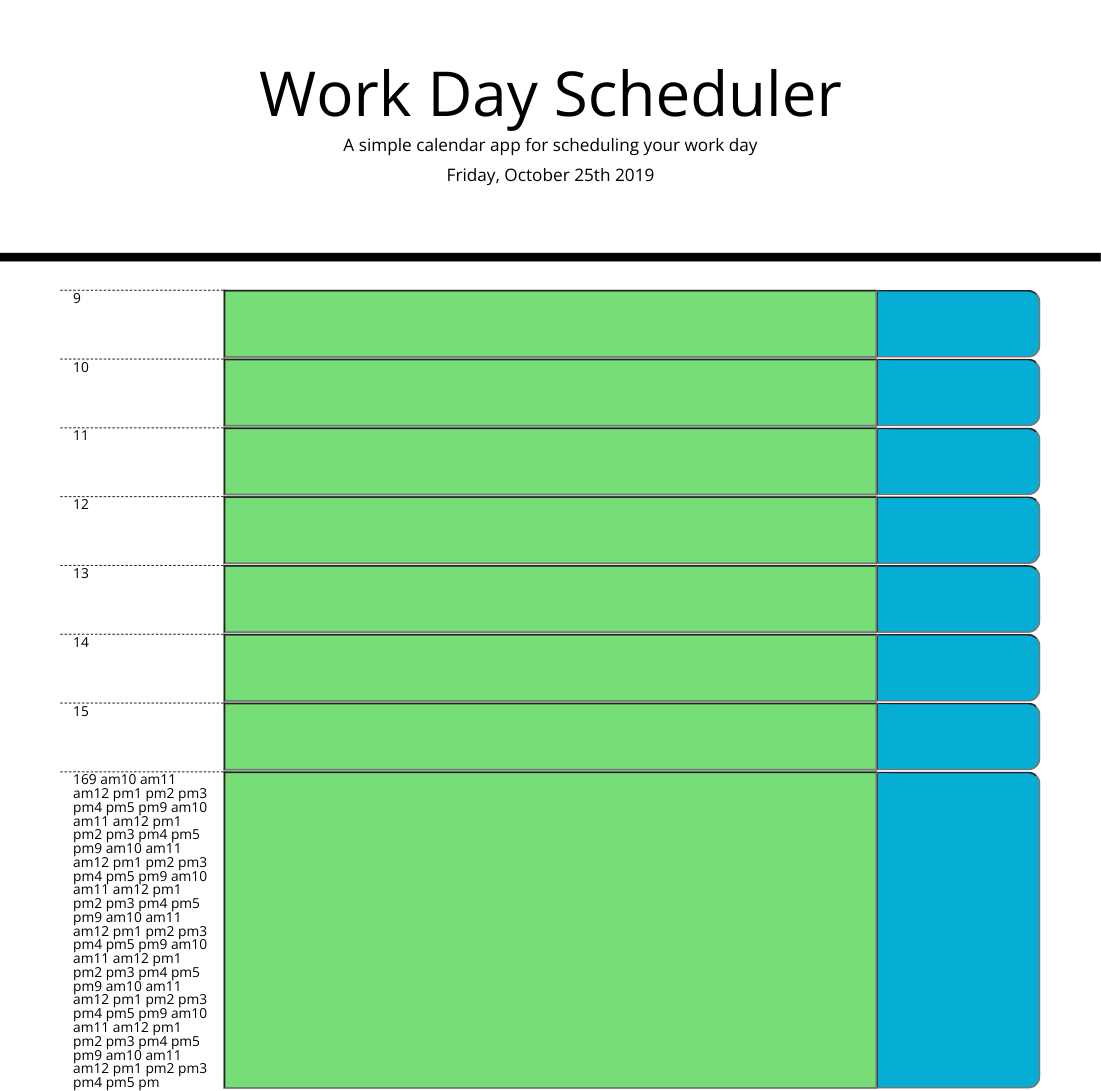
Repository: s88leigh/Day-Planner
Page: Develop/index.html
An editor plug-in stored every save of this project. The page is shown before and after the next save, followed by the edit.
The browser window is 1280 px wide. The pictures show the whole page, at 86% of full size.
Some web libraries are served in a nearby version.

Above is the page before, as saved 2019-10-26 09:44:55.

### Develop/index.html
<!DOCTYPE html>
<html lang="en">
  <head>
    <meta charset="UTF-8" />
    <meta name="viewport" content="width=device-width, initial-scale=1.0" />
    <meta http-equiv="X-UA-Compatible" content="ie=edge" />
    <link
      rel="stylesheet"
      href="https://stackpath.bootstrapcdn.com/bootstrap/4.3.1/css/bootstrap.min.css"
    />
    <link
      rel="stylesheet"
      href="https://use.fontawesome.com/releases/v5.8.1/css/all.css"
      integrity="sha384-50oBUHEmvpQ+1lW4y57PTFmhCaXp0ML5d60M1M7uH2+nqUivzIebhndOJK28anvf"
      crossorigin="anonymous"
    />
    <link
      href="https://fonts.googleapis.com/css?family=Open+Sans&display=swap"
      rel="stylesheet"
    />
    <link rel="stylesheet" href="style.css" />
    <title>Work Day Scheduler</title>
  </head>

  <body>
    <script src="lib\moment\moment.min.js"></script>

    <header class="jumbotron">
      <h1 class="display-3">Work Day Scheduler</h1>
      <p class="lead">A simple calendar app for scheduling your work day</p>
      <p id="currentDay" class="lead">8:00</p>
    </header>
    <div class="container">
      <!-- Timeblocks go here -->

   </div>



    <script>
      const curDay = document.querySelector(".currentDay");

      function updateTime(){
        const now = moment();
        const date = now.format("dddd, MMMM Do YYYY");

        currentDay.textContent = date;
      }
      setInterval (updateTime , 1000)
      updateTime();


    </script>


    <script src="https://code.jquery.com/jquery-3.4.1.min.js"></script>
    <script src="https://cdnjs.cloudflare.com/ajax/libs/moment.js/2.24.0/moment.min.js"></script>
    <script src="script.js"></script>
    </body>
</html>

### Develop/style.css
body {
  font-family: 'Open Sans', sans-serif;
  font-size: 16px;
  line-height: 1;
}

textarea{
  background: transparent;
  border: none;
  resize: none;
  color: #000000;
  border-left: 1px solid black;
  padding: 10px;
}

.jumbotron {
  text-align: center;
  background-color: transparent;
  color: black;
  border-radius: 0;
  border-bottom: 10px solid black;
}

.description{
  white-space: pre-wrap;
}

.time-block{
  text-align: center;
  border-radius: 15px;
}

.row {
  white-space: pre-wrap;
  height: 80px;
  border-top: 1px solid white;;
}

.hour {
  background-color: #ffffff;
  color: #000000;
  border-top: 1px dashed #000000;
}

.past {
  background-color: #d3d3d3;
  color: white;
}

.present {
  background-color: #ff6961;
  color: white;
}

.future {
  background-color: #77dd77;
  color: white;
}

.saveBtn {
  border-left: 1px solid black;
  border-top-right-radius: 15px;
  border-bottom-right-radius: 15px;
  background-color: #06AED5;
  color: white;
}

.saveBtn i:hover {
  font-size: 20px;
  transition: all .3s ease-in-out;
}

### Develop/script.js
var startTime = 9;
var endTime = 17
timeSlots = $(".container");

for(i = startTime; i < endTime; i++) {
    newHour = $("<div>");
    newHour.addClass("row");

    hour = $("<div>");
    hour.addClass("col-2 hour");
    hour.text(i);

    dailyTask = $("<input>");
    dailyTask.addClass("col-8");
    dailyTask.addClass("future");

    saveButton = $("<input>");
    saveButton.addClass("col-2 saveBtn");
    saveButton.addClass("saveBtn i:hover");

    newHour.append(hour, dailyTask, saveButton);
    timeSlots.append(newHour);
 }
 var hourArray = [
    "9 am",
    "10 am",
    "11 am",
    "12 pm",
    "1 pm",
    "2 pm",
    "3 pm",
    "4 pm",
    "5 pm"
 ]
 for (var i=0; i < hourArray.length; i++) {

hour.append(hourArray);
    //  console.log(hourArray)
 }

var saveButton = $(".saveBtn");
var dailyTask = $("input");

$(".saveBtn").on("click", function(){

  console.log("clicked save button");
    });

$("input").on("change", function(event) {
    event.preventDefault();
    console.log("Daily Task");
})


    // localStorage.setItem("dailyTask", dailyTaskInput);

    // var saveButton=JSON.stringify(value);
    // localStorage.setItem("saveButton", saveButtonJSON);

Loaded but not shown: Develop/lib/moment/moment.min.js (library)

After the next save:
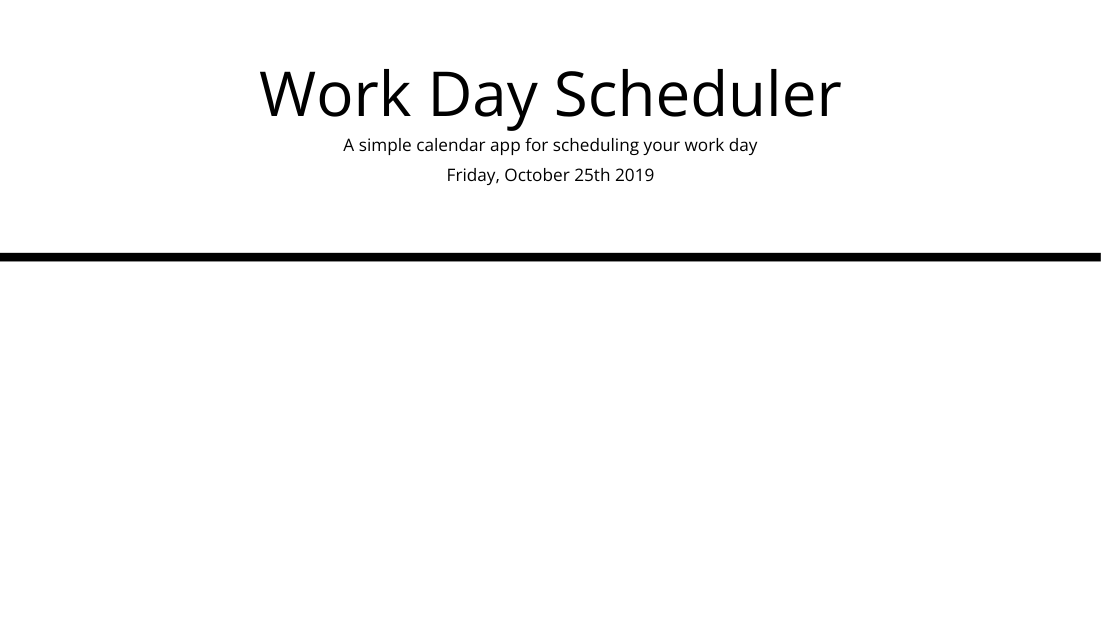
Console error: SyntaxError: Unexpected token ')'
Saved 48 s later.
--- a/Develop/script.js
+++ b/Develop/script.js
@@ -21,18 +21,7 @@
     newHour.append(hour, dailyTask, saveButton);
     timeSlots.append(newHour);
  }
- var hourArray = [
-    "9 am",
-    "10 am",
-    "11 am",
-    "12 pm",
-    "1 pm",
-    "2 pm",
-    "3 pm",
-    "4 pm",
-    "5 pm"
- ]
- for (var i=0; i < hourArray.length; i++) {
+ y.length; i++) {
 
 hour.append(hourArray);
     //  console.log(hourArray)

After the save that followed:
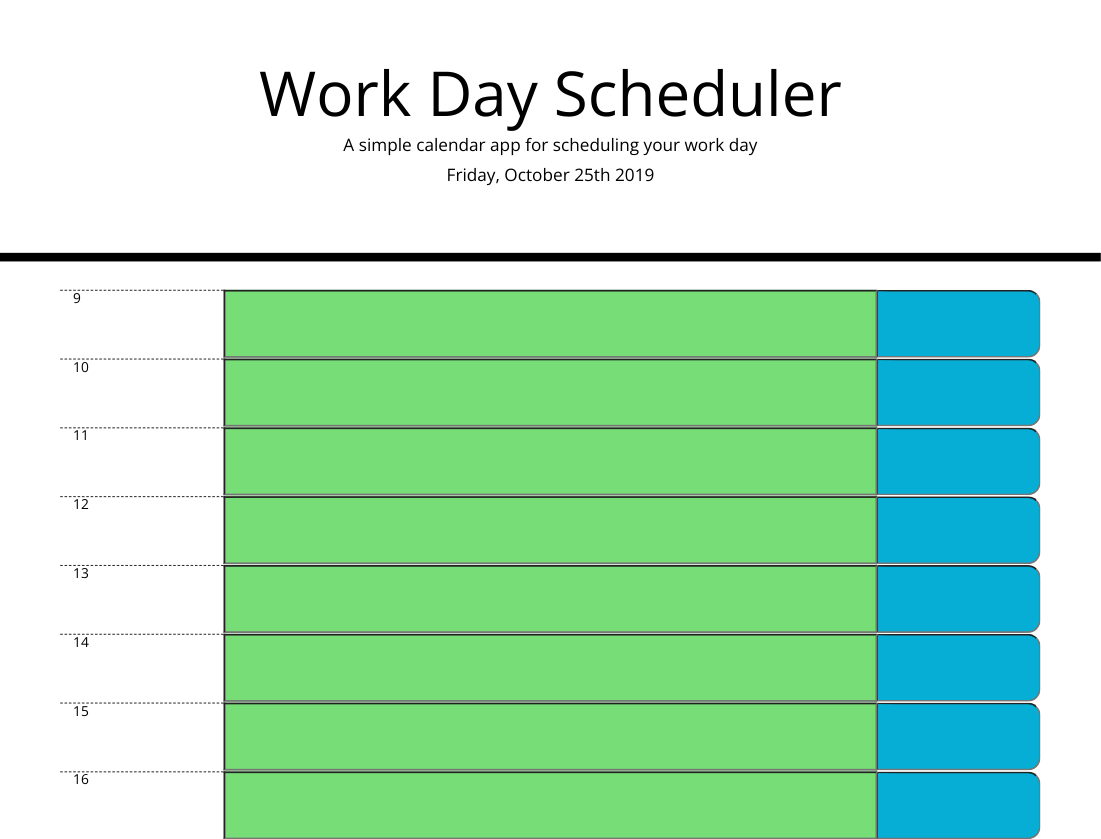
The error is gone.
Saved 4 s later.
--- a/Develop/script.js
+++ b/Develop/script.js
@@ -21,11 +21,7 @@
     newHour.append(hour, dailyTask, saveButton);
     timeSlots.append(newHour);
  }
- y.length; i++) {
 
-hour.append(hourArray);
-    //  console.log(hourArray)
- }
 
 var saveButton = $(".saveBtn");
 var dailyTask = $("input");
